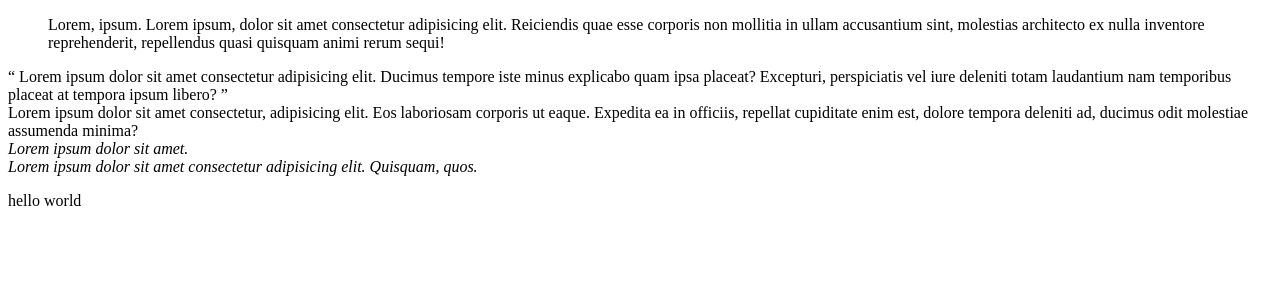
Repository: arunyerram/Web-TEChnologies
Page: p.html
These files come from the project's save history. The page is drawn as it stood at one moment and after the next save; the edit follows.
The browser window is 1280 px wide. The pictures show the whole page.

Above is the page before, as saved 2025-02-20 21:34:10.

### p.html
<!DOCTYPE html>
<html lang="en">
<head>
    <meta charset="UTF-8">
    <meta name="viewport" content="width=device-width, initial-scale=1.0">
    <title>Document</title>
</head>
<body>
    <!-- the <blockquote>,<q>, <abbr>, <address>, <cite>,  <bdo> -->
        <blockquote>
            Lorem, ipsum.
            Lorem ipsum, dolor sit amet consectetur adipisicing elit. Reiciendis quae esse corporis non mollitia in ullam accusantium sint, molestias architecto ex nulla inventore reprehenderit, repellendus quasi quisquam animi rerum sequi!
        </blockquote>
        <q>
            Lorem ipsum dolor sit amet consectetur adipisicing elit. Ducimus tempore iste minus explicabo quam ipsa placeat? Excepturi, perspiciatis vel iure deleniti totam laudantium nam temporibus placeat at tempora ipsum libero?
        </q>
        <br/>
        <abbr>
            Lorem ipsum dolor sit amet consectetur, adipisicing elit. Eos laboriosam corporis ut eaque. Expedita ea in officiis, repellat cupiditate enim est, dolore tempora deleniti ad, ducimus odit molestiae assumenda minima?
        </abbr>

        <address>
            Lorem ipsum dolor sit amet.
        </address>
        <cite>
            Lorem ipsum dolor sit amet consectetur adipisicing elit. Quisquam, quos.
        </cite>

        <bdo>
            <p>hello world</p>
        </bdo>
</body>
</html>

After the next save:
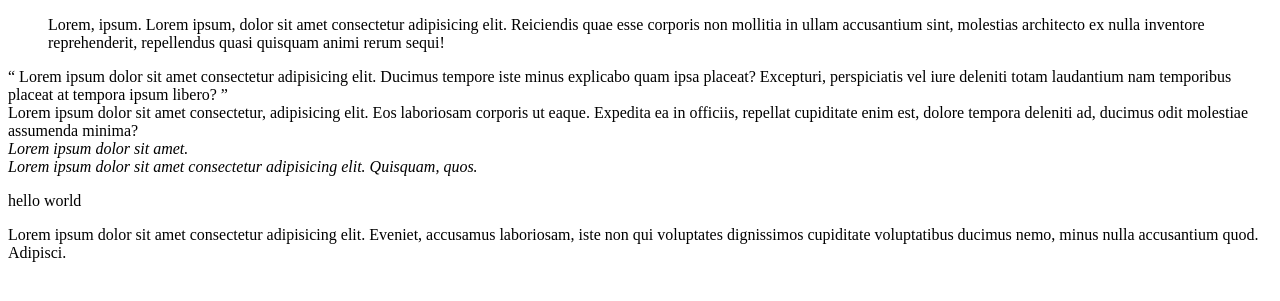
Saved 5 s later.
--- a/p.html
+++ b/p.html
@@ -28,6 +28,7 @@
 
         <bdo>
             <p>hello world</p>
+            Lorem ipsum dolor sit amet consectetur adipisicing elit. Eveniet, accusamus laboriosam, iste non qui voluptates dignissimos cupiditate voluptatibus ducimus nemo, minus nulla accusantium quod. Adipisci.
         </bdo>
 </body>
 </html>
